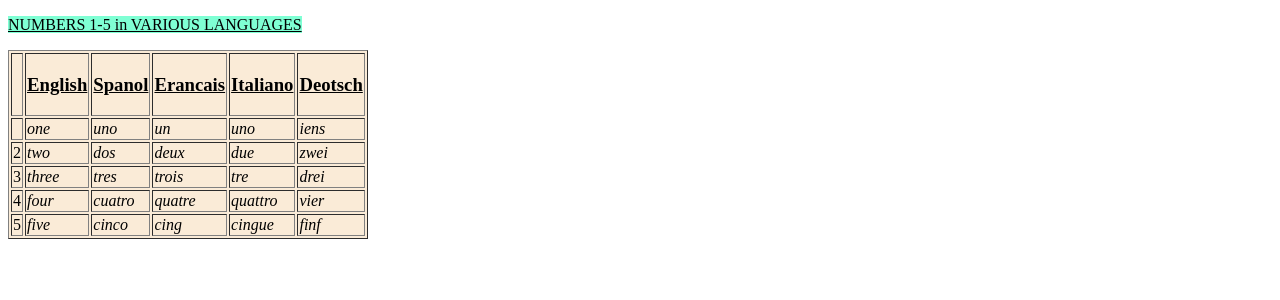
Repository: PhamChiXuan1/HTCNW_tuan3_DHCNTT16C_PhamChiXuan_20030131
Page: bt6c.html
These files come from the project's save history. The page is drawn as it stood at one moment and after the next save; the edit follows.
The browser window is 1280 px wide. The pictures show the whole page.

Above is the page before, as saved 2022-02-26 23:12:39.

### bt6c.html
<!DOCTYPE html>
<html lang="en">
<head>
    <meta charset="UTF-8">
    <meta http-equiv="X-UA-Compatible" content="IE=edge">
    <meta name="viewport" content="width=device-width, initial-scale=1.0">
    <title>Document</title>
</head>
<body>
    <table border="1" width="50px" height="40" style="background-color: antiquewhite;">
        <P><U style="background-color: aquamarine;">NUMBERS 1-5 in VARIOUS LANGUAGES</U></P>
        <tr>
            <td></td>
            <td><H3><U>English</U></H3></td>
            <td><H3><U>Spanol</U></H3></td>
            <td><H3><U>Erancais</U></H3></td>
            <td><H3><U>Italiano</U></H3></td>
            <td><H3><U>Deotsch</U></H3></td>
        </tr>
        <tr>
            <td></td>
            <td><I>one</I></td>
            <td><I>uno</I></td>
            <td><I>un</I></td>
            <td><I>uno</I></td>
            <td><I>iens</I></td>
        </tr>
        <tr>
            <td>2</td>
            <td><I>two</I></td>
            <td><I>dos</I></td>
            <td><I>deux</I></td>
            <td><I>due</I></td>
            <td><I>zwei</I></td>
        </tr>
        <tr>
            <td>3</td>
            <td><I>three</I></td>
            <td><I>tres</I></td>
            <td><I>trois</I></td>
            <td><I>tre</I></td>
            <td><I>drei</I></td>
        </tr>
        <tr>
            <td>4</td>
            <td><I>four</I></td>
            <td><I>cuatro</I></td>
            <td><I>quatre</I></td>
            <td><I>quattro</I></td>
            <td><I>vier</I>
        </tr>
        <tr>
            <td>5</td>
            <td><I>five</I></td>
            <td><I>cinco</I></td>
            <td><I>cing</I></td>
            <td><I>cingue</I></td>
            <td><I>finf</I>
        </tr>
    </table>
</body>
</html>

After the next save:
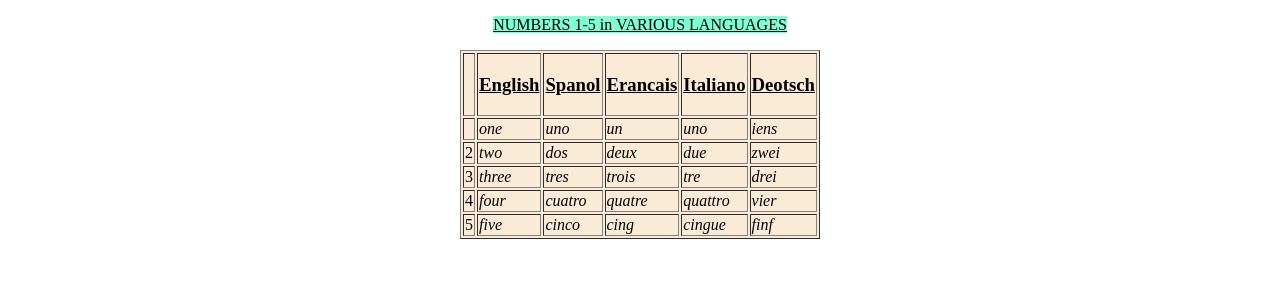
Saved 20 s later.
--- a/bt6c.html
+++ b/bt6c.html
@@ -7,56 +7,58 @@
     <title>Document</title>
 </head>
 <body>
-    <table border="1" width="50px" height="40" style="background-color: antiquewhite;">
-        <P><U style="background-color: aquamarine;">NUMBERS 1-5 in VARIOUS LANGUAGES</U></P>
-        <tr>
-            <td></td>
-            <td><H3><U>English</U></H3></td>
-            <td><H3><U>Spanol</U></H3></td>
-            <td><H3><U>Erancais</U></H3></td>
-            <td><H3><U>Italiano</U></H3></td>
-            <td><H3><U>Deotsch</U></H3></td>
-        </tr>
-        <tr>
-            <td></td>
-            <td><I>one</I></td>
-            <td><I>uno</I></td>
-            <td><I>un</I></td>
-            <td><I>uno</I></td>
-            <td><I>iens</I></td>
-        </tr>
-        <tr>
-            <td>2</td>
-            <td><I>two</I></td>
-            <td><I>dos</I></td>
-            <td><I>deux</I></td>
-            <td><I>due</I></td>
-            <td><I>zwei</I></td>
-        </tr>
-        <tr>
-            <td>3</td>
-            <td><I>three</I></td>
-            <td><I>tres</I></td>
-            <td><I>trois</I></td>
-            <td><I>tre</I></td>
-            <td><I>drei</I></td>
-        </tr>
-        <tr>
-            <td>4</td>
-            <td><I>four</I></td>
-            <td><I>cuatro</I></td>
-            <td><I>quatre</I></td>
-            <td><I>quattro</I></td>
-            <td><I>vier</I>
-        </tr>
-        <tr>
-            <td>5</td>
-            <td><I>five</I></td>
-            <td><I>cinco</I></td>
-            <td><I>cing</I></td>
-            <td><I>cingue</I></td>
-            <td><I>finf</I>
-        </tr>
-    </table>
+    <center>
+        <table border="1" width="50px" height="40" style="background-color: antiquewhite;">
+            <P><U style="background-color: aquamarine;">NUMBERS 1-5 in VARIOUS LANGUAGES</U></P>
+            <tr>
+                <td></td>
+                <td><H3><U>English</U></H3></td>
+                <td><H3><U>Spanol</U></H3></td>
+                <td><H3><U>Erancais</U></H3></td>
+                <td><H3><U>Italiano</U></H3></td>
+                <td><H3><U>Deotsch</U></H3></td>
+            </tr>
+            <tr>
+                <td></td>
+                <td><I>one</I></td>
+                <td><I>uno</I></td>
+                <td><I>un</I></td>
+                <td><I>uno</I></td>
+                <td><I>iens</I></td>
+            </tr>
+            <tr>
+                <td>2</td>
+                <td><I>two</I></td>
+                <td><I>dos</I></td>
+                <td><I>deux</I></td>
+                <td><I>due</I></td>
+                <td><I>zwei</I></td>
+            </tr>
+            <tr>
+                <td>3</td>
+                <td><I>three</I></td>
+                <td><I>tres</I></td>
+                <td><I>trois</I></td>
+                <td><I>tre</I></td>
+                <td><I>drei</I></td>
+            </tr>
+            <tr>
+                <td>4</td>
+                <td><I>four</I></td>
+                <td><I>cuatro</I></td>
+                <td><I>quatre</I></td>
+                <td><I>quattro</I></td>
+                <td><I>vier</I>
+            </tr>
+            <tr>
+                <td>5</td>
+                <td><I>five</I></td>
+                <td><I>cinco</I></td>
+                <td><I>cing</I></td>
+                <td><I>cingue</I></td>
+                <td><I>finf</I>
+            </tr>
+        </table>
+    </center>
 </body>
 </html>
